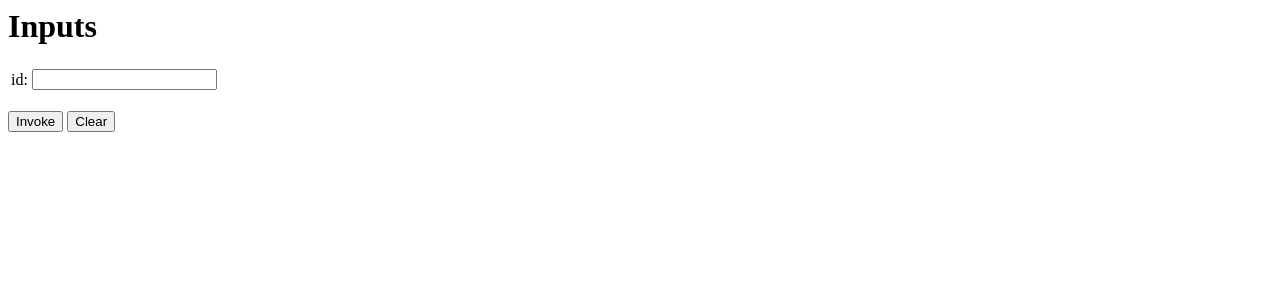
Repository: DilrukshikaRajapakshe/SOAP-Assyment
Page: http://localhost/Student_RagistationClient/sampleStudent_Service_ImplProxy/Input.jsp?method=2
An editor plug-in stored every save of this project. The page is shown before and after the next save, followed by the edit.
The browser window is 1280 px wide. The pictures show the whole page.
The page is served by Tomcat 9.

Above is the page before, as saved 2020-03-16 15:53:00.

After the next save:
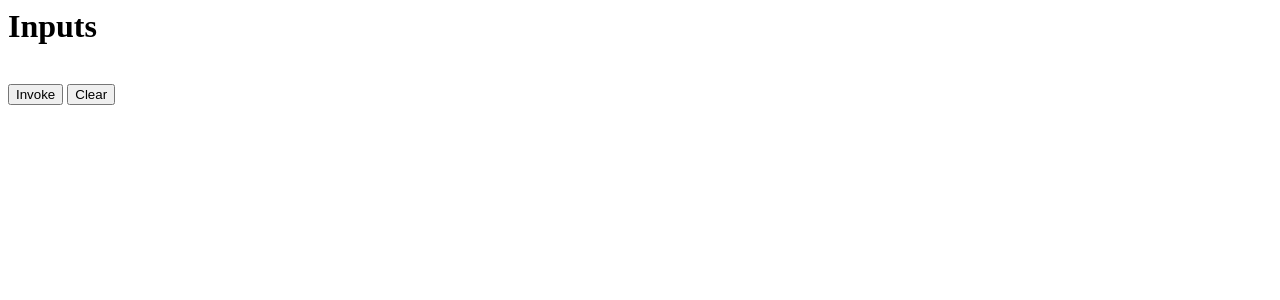
Saved 110 s later.
--- a/Student_RagistationClient/WebContent/sampleStudent_Service_ImplProxy/Input.jsp
+++ b/Student_RagistationClient/WebContent/sampleStudent_Service_ImplProxy/Input.jsp
@@ -20,10 +20,21 @@ valid = false;
 %>
 <FORM METHOD="POST" ACTION="Result.jsp" TARGET="result">
 <INPUT TYPE="HIDDEN" NAME="method" VALUE="<%=org.eclipse.jst.ws.util.JspUtils.markup(method)%>">
+<BR>
+<INPUT TYPE="SUBMIT" VALUE="Invoke">
+<INPUT TYPE="RESET" VALUE="Clear">
+</FORM>
+<%
+break;
+case 5:
+valid = false;
+%>
+<FORM METHOD="POST" ACTION="Result.jsp" TARGET="result">
+<INPUT TYPE="HIDDEN" NAME="method" VALUE="<%=org.eclipse.jst.ws.util.JspUtils.markup(method)%>">
 <TABLE>
 <TR>
 <TD COLSPAN="1" ALIGN="LEFT">id:</TD>
-<TD ALIGN="left"><INPUT TYPE="TEXT" NAME="id5" SIZE=20></TD>
+<TD ALIGN="left"><INPUT TYPE="TEXT" NAME="id8" SIZE=20></TD>
 </TR>
 </TABLE>
 <BR>
@@ -32,7 +43,7 @@ valid = false;
 </FORM>
 <%
 break;
-case 7:
+case 10:
 valid = false;
 %>
 <FORM METHOD="POST" ACTION="Result.jsp" TARGET="result">
@@ -40,19 +51,19 @@ valid = false;
 <TABLE>
 <TR>
 <TD COLSPAN="1" ALIGN="LEFT">id:</TD>
-<TD ALIGN="left"><INPUT TYPE="TEXT" NAME="id10" SIZE=20></TD>
+<TD ALIGN="left"><INPUT TYPE="TEXT" NAME="id13" SIZE=20></TD>
 </TR>
 </TABLE>
 <TABLE>
 <TR>
 <TD COLSPAN="1" ALIGN="LEFT">name:</TD>
-<TD ALIGN="left"><INPUT TYPE="TEXT" NAME="name12" SIZE=20></TD>
+<TD ALIGN="left"><INPUT TYPE="TEXT" NAME="name15" SIZE=20></TD>
 </TR>
 </TABLE>
 <TABLE>
 <TR>
 <TD COLSPAN="1" ALIGN="LEFT">age:</TD>
-<TD ALIGN="left"><INPUT TYPE="TEXT" NAME="age14" SIZE=20></TD>
+<TD ALIGN="left"><INPUT TYPE="TEXT" NAME="age17" SIZE=20></TD>
 </TR>
 </TABLE>
 <BR>
@@ -61,7 +72,7 @@ valid = false;
 </FORM>
 <%
 break;
-case 16:
+case 19:
 valid = false;
 %>
 <FORM METHOD="POST" ACTION="Result.jsp" TARGET="result">
@@ -69,7 +80,7 @@ valid = false;
 <TABLE>
 <TR>
 <TD COLSPAN="1" ALIGN="LEFT">id:</TD>
-<TD ALIGN="left"><INPUT TYPE="TEXT" NAME="id25" SIZE=20></TD>
+<TD ALIGN="left"><INPUT TYPE="TEXT" NAME="id28" SIZE=20></TD>
 </TR>
 </TABLE>
 <BR>
@@ -78,7 +89,7 @@ valid = false;
 </FORM>
 <%
 break;
-case 27:
+case 30:
 valid = false;
 %>
 <FORM METHOD="POST" ACTION="Result.jsp" TARGET="result">
